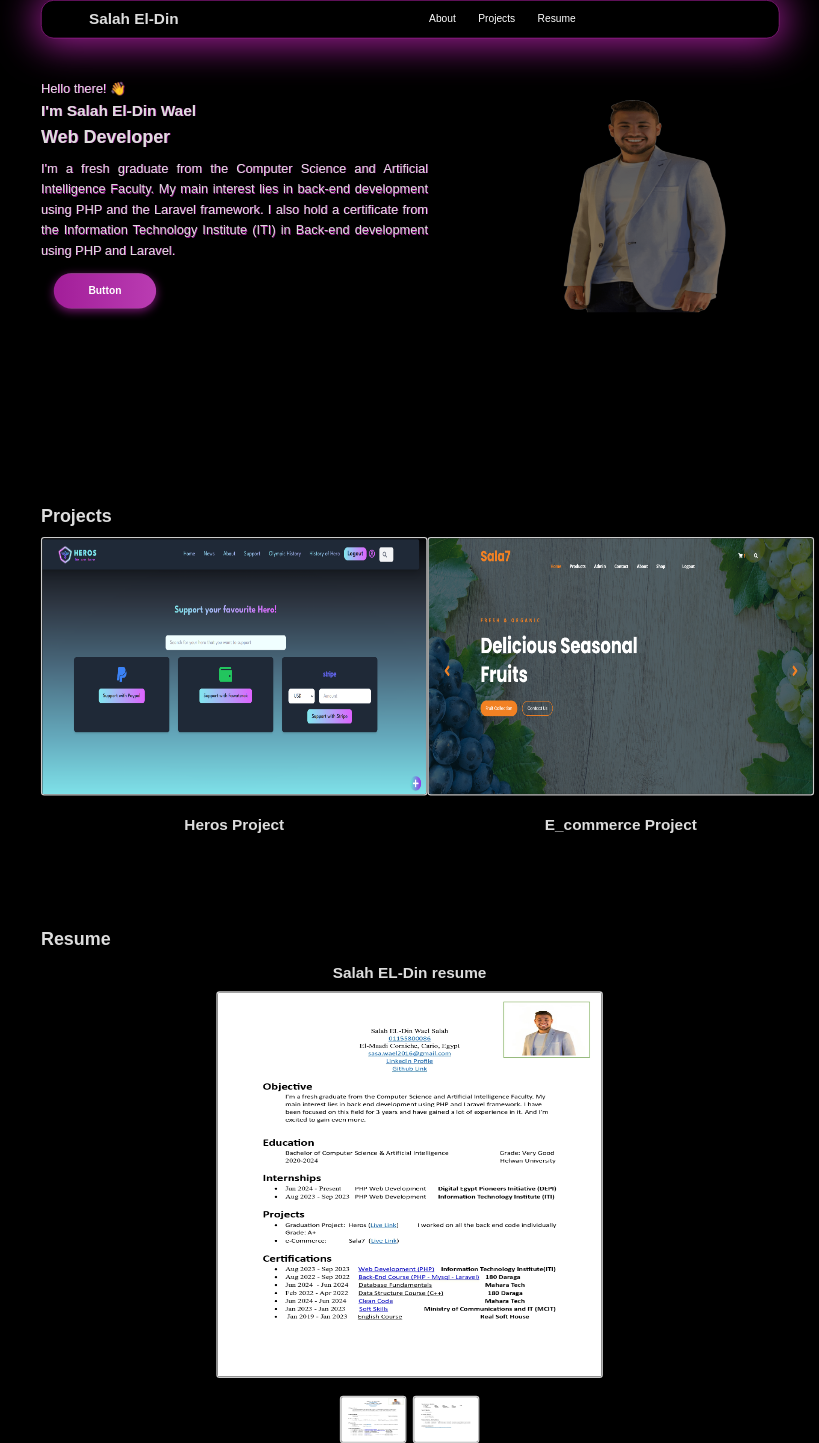
Repository: Salah-Wael/Salah-EL-Din-Portfolio
Page: index.html
These files come from the project's save history. The page is drawn as it stood at one moment and after the next save; the edit follows.
The browser window is 1280 px wide. The pictures show the whole page, at 64% of full size.

Above is the page before, as saved 2024-07-28 03:14:33.

### index.html
<!DOCTYPE html>
<html lang="en">
<head>
  <meta charset="UTF-8">
  <meta name="viewport" content="width=device-width, initial-scale=1.0">
  <title>Salah EL-Din Portfolio</title>
  <link rel="stylesheet" href="./style.css">

</head>
<body>
  <header>
    <nav>
      <h1>Salah El-Din</h1>
      <ul>
        <li><a href="#about">About</a></li>
        <li><a href="#projects">Projects</a></li>
        <li><a href="#resume">Resume</a></li>
      </ul>
    </nav>
  </header>
  <section id="about">
    <div class="about">
      <div class="content">
        <div>
        <div>
          <p>Hello there! 👋</p>
          <!-- <br> -->
          <h1>I'm Salah El-Din Wael</h1>
          <h2>Web Developer</h2>
        </div>
        </div>
          <p>I'm a fresh graduate from the Computer Science and Artificial Intelligence Faculty.
          My main interest lies in back-end development using PHP and the Laravel framework.
          I also hold a certificate from the Information Technology Institute (ITI) in Back-end development using PHP and Laravel.</p>
        <a href=""><button class="bn632-hover bn22">Button</button></a>


      </div>
      <div class="main-img">
        <img src="./img/me/sasag.png" alt="Salah EL-Din">
      </div>
    </div>
  </section>
  <section id="projects">

    <h2>Projects</h2>
    <div class="projects">
      <div class="projects-container">
        <a href="https://heros.rf.gd/" target="_blank">
          <div class="project">
            <div class="image-display">
              <img id="heros" src="img/projects/heros registration.png" alt="heros registration">
            </div>
            <h3>Heros Project</h3>
          </div>
        </a>
      </div>
      <div class="projects-container">
        <a href="https://sala7.great-site.net/" target="_blank">
          <div class="project">
            <div class="image-display">
              <img id="ecommerce" src="img/projects/ecommerce home.png" alt="Sala7 E_commerce">

            </div>
            <h3>E_commerce Project</h3>
          </div>
        </a>
      </div>
    </div>
  </section>
  <section id="resume">
    <h2>Resume</h2>
    <div class="cv-container">
      <div class="project">
        <h3>Salah EL-Din resume</h3>
        <div class="image-display">
          <img id="CV" src="img/CV/Salah EL-Din resume_page-0001.jpg" alt="Salah EL-Din resume">
        </div>
        <div class="thumbnails">
          <img src="img/CV/Salah EL-Din resume_page-0001.jpg" alt="Salah EL-Din resume"
          onclick="swapImage('img/CV/Salah EL-Din resume_page-0001.jpg')">

          <img src="img/CV/Salah EL-Din resume_page-0002.jpg" alt="Salah EL-Din resume"
          onclick="swapImage('img/CV/Salah EL-Din resume_page-0002.jpg')">

        </div>
      </div>
    </div>
  </section>
</body>

<script>
    document.addEventListener('DOMContentLoaded', (event) => {
      const herosImages = [
        'img/projects/heros registration.png',
        'img/projects/heros create news.png',
        'img/projects/heros payment.png'
      ];
      const ecommerceImages = [
        'img/projects/ecommerce home.png',
        'img/projects/products.png'
      ];

      let currentHerosIndex = 0;
      const herosImage = document.getElementById('heros');

      function swapHerosImage() {
        currentHerosIndex = (currentHerosIndex + 1) % herosImages.length;
        herosImage.src = herosImages[currentHerosIndex];
      }
      setInterval(swapHerosImage, 2000); // Change image every 2 seconds

      let currentEcommerceIndex = 0;
      const ecommerceImage = document.getElementById('ecommerce');

      function swapEcommerceImage() {
        currentEcommerceIndex = (currentEcommerceIndex + 1) % ecommerceImages.length;
        ecommerceImage.src = ecommerceImages[currentEcommerceIndex];
      }

      setInterval(swapEcommerceImage, 2000); // Change image every 2 seconds
    });



    function swapImage(newSrc) {
      document.getElementById('CV').src = newSrc;
    }
  </script>
</html>

### style.css
/* Reset some basic styles */
*{
  margin: 0;
  padding: 0;
  list-style: none;
  text-decoration: none;
  color:#dddddd;
  font-family: Arial, sans-serif;
}

/* General body styling */
body {
  font-family: Arial, sans-serif;
  line-height: 1.6;
  background-color: black;
}

/* Styling for navigation bar */
header{
  height: 10vh;
  width: 100%;

}

:root {
  --main-color: #a21e99;
  --secondary-color: #2ecc71;
  --font-size: 16px;
}

nav {
  background-color: black;
  border: 1px solid var(--main-color) ;
  box-shadow: 1px 1px 60px 8px var(--main-color) ;
  z-index: 1;
  border-radius: 20px;
  color: white;
  width: 90%;
  margin-left: 5%;
  display: flex;
  justify-content: space-between;
  align-items: center;
  padding: 10px 0px;
  margin-bottom: 50px;
  position: fixed;
}

nav h1 {
  width: 30%;
  text-align: center;
  font-size: 24px;
}

nav ul {
  display: flex;
  justify-content: center;
  width: 90%;
  gap: 15px;
}

nav ul li {
  list-style: none;
}

nav ul li a {
  color: white;
  text-decoration: none;
  padding: 5px 10px;
}

nav ul li a:hover {
  color: var(--main-color);
  transition: 0.5s;
}

/* Section styling */
section {
  /* padding: 20px; */
  margin-top: 50px;
  width: 90%;
  margin-left: 5%;
  height: 85vh;
}

section h2 {
  font-size: 28px;
  margin-bottom: 10px;
}

section p {
  font-size: 24px;
}

/* about section styling */
.about{
  display: flex;
  justify-content: space-around;
  align-items: center;
  margin: 0, 20px, 20px, 20px;
}

.about .content{
  width: 70%;
  height: 100%;
}

.about .content{
  text-shadow: 1px 1px 1px #a21e99;
}

.about div p{
  width: 75%;
  font-size: 20px;
  text-align: justify;
}

.bn632-hover {
  width: 160px;
  font-size: 16px;
  font-weight: 600;
  color: #fff;
  cursor: pointer;
  margin: 20px;
  height: 55px;
  text-align:center;
  border: none;
  background-size: 300% 100%;
  border-radius: 50px;
  moz-transition: all .4s ease-in-out;
  -o-transition: all .4s ease-in-out;
  -webkit-transition: all .4s ease-in-out;
  transition: all .4s ease-in-out;
}

.bn632-hover:hover {
  background-position: 100% 0;
  moz-transition: all .4s ease-in-out;
  -o-transition: all .4s ease-in-out;
  -webkit-transition: all .4s ease-in-out;
  transition: all .4s ease-in-out;
}

.bn632-hover:focus {
  outline: none;
}

.bn632-hover.bn22 {
  background-image: linear-gradient(
    to right,
    #a21e99,
    #ba3cb2,
    #dd30d8,
    #b62bb6
  );
  box-shadow: 0 4px 15px 0 rgba(162, 30, 153, 0.75);
}

.about .main-img{
  width: 30%;
  height: 100%;

}

.about div img{
  width: 300px;
  height: 300px;
  animation: salah 2s linear infinite;
  -webkit-animation: salah 2s linear infinite;
  /* box-shadow: 1px 1px 1px 0px rgba(162, 30, 153, 0.75) ; */

}

@keyframes salah {
  0%{
    opacity: 0;
    transform: scale(0.5);

  }
  50%{
    opacity: 0.5;
    transform: scale(1.2);
  }

  100%{
    opacity: 1;
    transform: scale(1);
  }
}


/* Projects section styling */
.projects{
  display: flex;
  justify-content: space-evenly;
}

.projects-container {
  display: flex;
  gap: 20px;
  flex-wrap: wrap;
  justify-content: center;
}
.cv-container {
  display: flex;
  gap: 20px;
  flex-wrap: wrap;
  justify-content: center;
}

.project {
  text-align: center;
}

.project h3 {
  font-size: 24px;
  margin-bottom: 10px;
}

.image-display {
  margin-bottom: 20px;

}

#projects .image-display img {
  width: 600px;
  height: 400px;
  border: 2px solid #ccc;
  border-radius: 5px;
  box-shadow: 0 2px 5px rgba(0, 0, 0, 0.1);
}

#resume{
  height: 110vh;
}
#resume .image-display img {
  width: 600px;
  height: 600px;
  border: 2px solid #ccc;
  border-radius: 5px;
  box-shadow: 0 2px 5px rgba(0, 0, 0, 0.1);
}

.thumbnails {
  display: flex;
  gap: 10px;
  justify-content: center;
}

.thumbnails img {
  width: 100px;
  height: 70px;
  border: 2px solid #ccc;
  border-radius: 5px;
  cursor: pointer;
  transition: border-color 0.3s ease;
}

.thumbnails img:hover {
  border-color: #333;
}

After the next save:
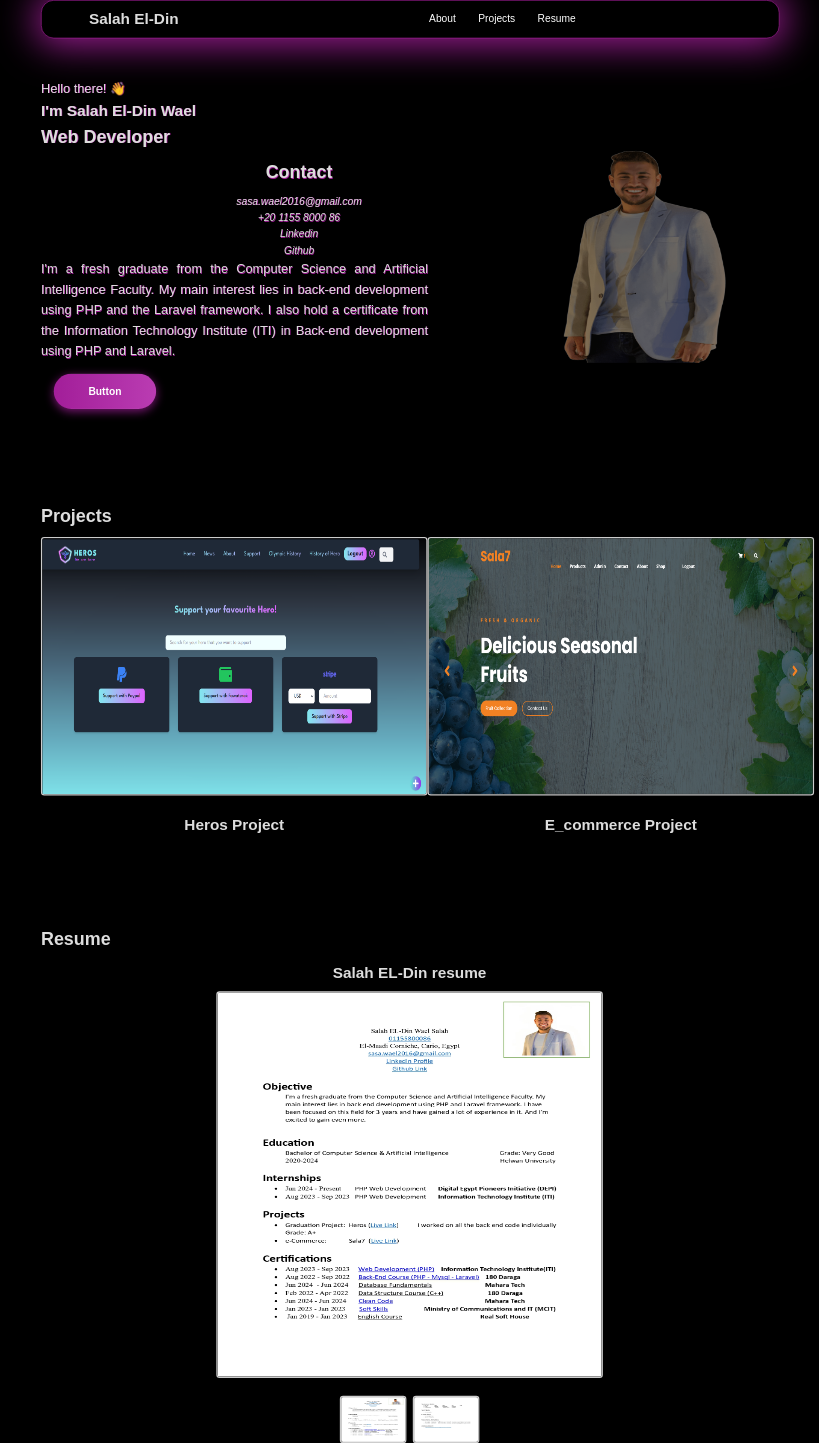
Saved 5 s later.
--- a/index.html
+++ b/index.html
@@ -27,6 +27,17 @@
           <!-- <br> -->
           <h1>I'm Salah El-Din Wael</h1>
           <h2>Web Developer</h2>
+        </div>
+        <div>
+          <center>
+          <h2>Contact</h2>
+          <address>
+            <a href="mailto:sasa.wael2016@gmail.com">sasa.wael2016@gmail.com</a><br>
+            <a href="https://api.whatsapp.com/send/?phone=%2B201155800086" target="_blank">+20 1155 8000 86</a><br>
+            <a href="https://www.linkedin.com/in/salah-eldin" target="_blank">Linkedin</a><br>
+            <a href="https://github.com/Salah-Wael" target="_blank">Github</a><br>
+          </address>
+          </center>
         </div>
         </div>
           <p>I'm a fresh graduate from the Computer Science and Artificial Intelligence Faculty.
